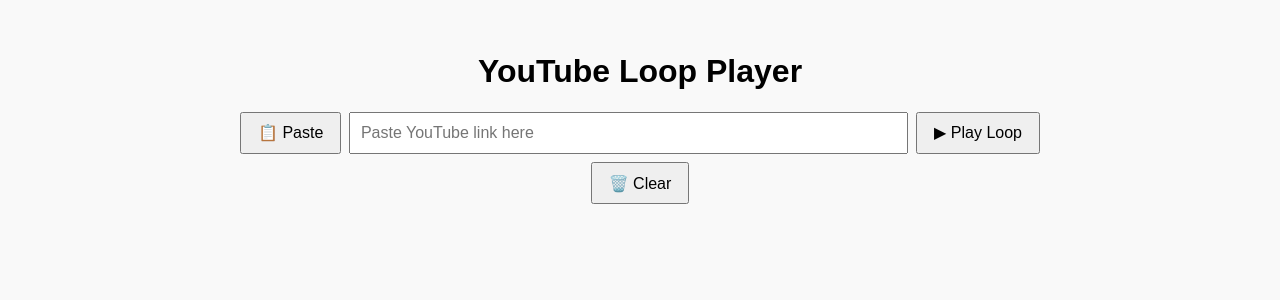
Repository: woojooin/youtubeloop
Page: index.html
The author's editor kept a copy of each file at every save. The page is drawn from the files as they stood at one save, then again after the next save.
The browser window is 1280 px wide. The pictures show the whole page.

Above is the page before, as saved 2025-07-07 18:42:08.

After the next save:
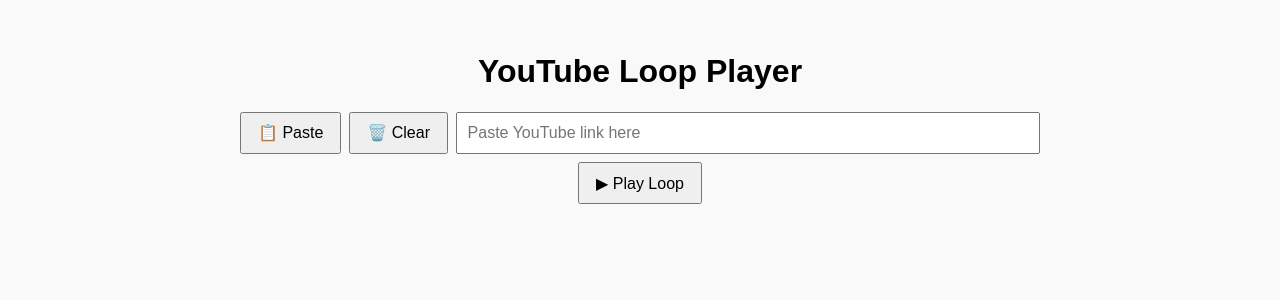
Saved 2 min 10 s later.
--- a/index.html
+++ b/index.html
@@ -54,9 +54,9 @@
 
     <div class="input-row">
       <button onclick="pasteFromClipboard()">📋 Paste</button>
+      <button onclick="clearInput()">🗑️ Clear</button>
       <input type="text" id="ytUrl" placeholder="Paste YouTube link here" onkeypress="handleEnter(event)" />
       <button onclick="handleLoop()">▶ Play Loop</button>
-      <button onclick="clearInput()">🗑️ Clear</button>
     </div>
 
     <div id="playerContainer"></div>
